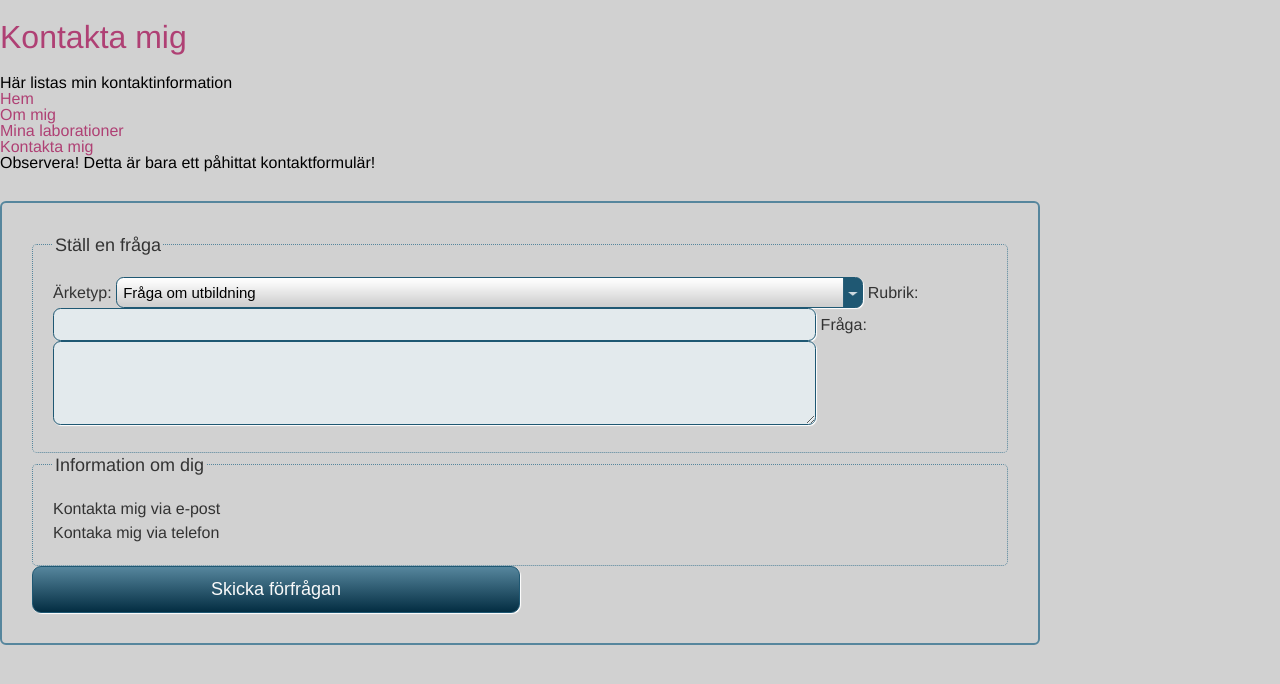
Repository: Holmewi/1ik415-jh222qr-laborationer
Page: pages/kontakt.html
The author's editor kept a record of every edit. The page is drawn from the files as they stood at one moment, then again after the next edit.
The browser window is 1280 px wide. The pictures show the whole page.

Above is the page before.

### pages/kontakt.html
<!DOCTYPE HTML>
<html lang="sv">
    <head>
        <meta charset="utf-8">
        <title>Kontakta mig - Här listas min kontaktinformation</title>
        <link rel="stylesheet" media="all" href="../css/style.css" />
    </head>
    <body>
        <container>
            <header>


            </header>
        <h1>Kontakta mig</h1>
        <p>Här listas min kontaktinformation</p>

        <div>
            <ul>
                <li><a href="../index.html">Hem</a></li>
                <li><a href="presentation.html">Om mig</a></li>
                <li><a href="laborationer.html">Mina laborationer</a></li>
                <li><a href="kontakt.html">Kontakta mig</a></li>
            </ul>
        </div>

        <p>Observera! Detta är bara ett påhittat kontaktformulär!</p>

        <a id="kontaktform"></a>
        <form id="input" action="http://voyager.lnu.se/tekinet/kurser/dtt/wp_webbintro/form.php" method="post">
            <fieldset>
                <legend>Ställ en fråga</legend>

                Ärketyp:
                <select>
                    <option value="utbildning">Fråga om utbildning</option>
                    <option value="kurs">Fråga om kurs</option>
                    <option value="hyra">Fråga om anställning</option>
                    <option value="webbplatsen">Fråga om webbplatsen</option>
                    <option value="privat">Ställ en privat fråga</option>
                </select>

                Rubrik:<input type="text" id="header"/>

                Fråga:<textarea id="question" rows="4" cols="39"></textarea>
            </fieldset>
            <fieldset>
                <legend>Information om dig</legend>
                <input type="checkbox" id="e-post"/>Kontakta mig via e-post<br>
                <input type="checkbox" id="telefon"/>Kontaka mig via telefon<br>
            </fieldset>
            <input type="Submit" value="Skicka förfrågan">
        </form>

        </container>
    </body>
</html>

### css/style.css
@charset "UTF-8";
/* CSS Document */
/* http://meyerweb.com/eric/tools/css/reset/
   v2.0 | 20110126
   License: none (public domain)
*/

/*
	Main #97235A (Pink)
		Light main #D06C9B #AF4074
		Dark main #7B0E42 #58002A
	Secondary #1F5873 (Blue)
		Light aside #e3eaed #346B85
		Dark aside #0F445D #032D42
	Filler #B59D2A (Mustard)
		Light header #F9E482 #D2BB4C
		Dark header #947D11 #695700
	Text links #7B0E42
	Dark text #1D1D1D
	Light text #FAFAFA
	Footer #2A2A2A
*/

html, body, div, span, applet, object, iframe,
/* h1, h2, h3, h4, h5, h6, */ p, blockquote, pre,
a, abbr, acronym, address, big, cite, code,
del, dfn, em, img, ins, kbd, q, s, samp,
small, strike, strong, sub, sup, tt, var,
b, u, i, center,
dl, dt, dd, ol, ul, li,
/*fieldset, form, label, legend,*/
table, caption, tbody, tfoot, thead, tr, th, td,
article, aside, canvas, details, embed,
figure, figcaption, footer, header, hgroup,
menu, nav, output, ruby, section, summary,
time, mark, audio, video {
	margin: 0;
	padding: 0;
	border: 0;
	font-size: 100%;
	font-style: inherit;
    font-family: "Mundo Sans W01 Medium",Helvetica,sans-serif;
	vertical-align: baseline;
}
/* HTML5 display-role reset for older browsers */
article, aside, details, figcaption, figure,
footer, header, hgroup, main, menu, nav, section, container {
	display: block;
}

html {
    	overflow-y:scroll;     /* Fixar marginalen på sidor som inte har scroll */
}

body {
    background-color:#d1d1d1;
	line-height: 1;
}

    ul {
    	list-style: none;
    }

    blockquote, q {
    	quotes: none;
    }

    blockquote:before, blockquote:after,
    q:before, q:after {
    	content: '';
    	content: none;
    }

    table {
    	border-collapse: collapse;
    	border-spacing: 0;
    }



#wrapper {
	margin-left: auto;
	margin-right: auto;
    max-width: 1000px;
    height: 100%;
}

    header #top {
        width: 1000px;
    }

    header .asideheader {

    }

        #headerTop {
            width: 1000px;
            min-height: 10px;
        	background-color: #97235A;
        }

        #headerBottom {
            width: 1000px;
            min-height: 95px;
        	background-image:url(pics/header_bg.png);
        	background-color: #D06C9B;
        }

        #divTextlogo {
            margin: 30px 0px 0px 30px;
            float: left;
        	font-weight:100;
        	font-size:30px;
            color: #FAFAFA;
        }

/* HEADMENU */

    nav {
        width: 220px;
        min-height: 300px;
        padding-top: 30px;
        padding-bottom: 20px;
        margin: 30px 0px 25px 0px;
        float: left;
        background-color: #FFF;
    }

        #headmenu ul {
            margin: 0;
            padding: 0;
            list-style-type: none;
            font-size: 18px;
        }

        #headmenu ul li{float:left; width:100%;}

        #headmenu ul li a {
            display: block;
            background: #d9d9d9;
            /*width: 220px;*/
            text-decoration: none;
            padding: 15px 0px 15px 20px;
            margin: 1px 0px 0px 0px;
            border-left: 10px solid #97235A;
            color: #333333;

        }

            #headmenu ul li a:hover {
                border-left-color: #56869D;
                color: #56869D;
                background: #c4c4c4;
            }

            #headmenu ul li a:active {
                border-left-color: #1F5873;
                color: #1F5873;
                background: #c4c4c4;
            }

            #headmenu .active {
                border-left-color: #1F5873;
                color: #333333;
                background: #c4c4c4;
            }

            #headmenu a {
                background-image:url(pics/sprite.png);
            }

            #headmenu #homepage:hover {
                background-image:url(pics/sprite.png);
                background-repeat: no-repeat;
                background-position: 175px 12px;
            }


            #headmenu #homepage {
                background-image:url(pics/sprite.png);
                background-repeat: no-repeat;
                background-position: 175px -36px;
            }

            #headmenu #aboutpage:hover {
                background-image:url(pics/sprite.png);
                background-repeat: no-repeat;
                background-position: 175px -180px;
            }

            #headmenu #aboutpage {
                background-image:url(pics/sprite.png);
                background-repeat: no-repeat;
                background-position: 175px -228px;
            }

            #headmenu #labpage:hover {
                background-image:url(pics/sprite.png);
                background-repeat: no-repeat;
                background-position: 175px -84px;
            }

            #headmenu #labpage {
                background-image:url(pics/sprite.png);
                background-repeat: no-repeat;
                background-position: 175px -132px;
            }

            #headmenu #contactpage:hover {
                background-image:url(pics/sprite.png);
                background-repeat: no-repeat;
                background-position: 175px -276px;
            }

            #headmenu #contactpage {
                background-image:url(pics/sprite.png);
                background-repeat: no-repeat;
                background-position: 175px -324px;
            }

/* ASIDE */

    #sidefield {
        font-size: 14px;
        float: right;
        height: auto;
        max-width: 170px;
        width: 100%;
        padding: 30px;
        margin: 30px 0px 30px 0px;
        /* total width 730 */
        background-color: #FFF;
    }

    #sidefield p {
        padding-top: 5px;
    }

/* MAIN CONTENT */

    main {
        width: 670px;
        float: left;
        padding: 30px;
        margin: 30px 0px 30px 20px;
        /* total width 730 */
        background-color: #FFF;
    }

    #contenthome {
        width: 450px;
    }

        #mainheader {
            width: 100%;
            float: left;
            height: auto;
            margin: 0px 0px 20px 0px;
            border-style: double;
            border-color: #D9D9D9;
            border-width: 0px 0px 4px 0px;
        }

            #mainheader h4 {
                margin-top: -10px;
            }

                #home .blogg {
                    max-width: 470px;
                    clear: none;
                }

                .blogg {
                    float: left;
                    max-width: 100%;
                    height: 100%;
                	padding: 0px 0px 40px 0px;
                	margin: 0px 0px 40px 0px;
                    border-style: dotted;
                    border-color: #D9D9D9;
                    border-width: 0px 0px 1px 0px;
                    clear: both;
                }

                    #hcard-Joakim-Torbjorn-Holmevi {

                    }

                    .blogg p {
                	padding-bottom: 20px;
                    }

                    .bloggContent {
                        height: auto;
                    	padding-bottom: 20px;
                    }

                    .bloggInfo {
                        padding-top: 10px;
                        padding-bottom: 10px;
                        border-style: dotted;
                        border-color: #D9D9D9;
                        border-width: 1px 0px 0px 0px;
                        clear: both;
                    }

                    .bloggInfo p, .bloggInfo a {
                    	font-size: 12px;
                        display: inline;
                    }

                    .comments {
                        width: 90%;
                        float: left;
                        background-color: #F1F1F1;
                        padding: 0px 20px 0px 20px;
                        border-style: solid;
                        border-color: #D9D9D9;
                        border-width: 0px 0px 5px 0px;
                    }

                    .comment {
                        display: inline-block;
                        line-height: 2px;
                    	font-size: 12px;
                        width: 90%;
                    }

                    .commentlink {
                        display: inline-block;
                    	font-size: 12px;
                        width: 100%;
                    }



/* FOOTER */

    #bottom {
        max-width: 1000px;
        height: 173px;
        /* total width 1000 */
        /* total height 253 */
        background-color: #2A2A2A;
        border-style: solid;
        border-color: #97235A;
        border-width: 10px 0px 0px 0px;
        clear: both;
        background-image:url(pics/footer_bg.png);
    }

        #footerNav {
            padding-top: 30px;
            width: 440px;
            margin: auto;
        }



/* HEADERS, LISTS AND TEXT */

    h1 {
        font-size: 32px;
    	font-weight: 400;
    	color: #AF4074;
    }

    h2 {
        font-size: 24px;
    }

    h3 {
        font-size: 18px;
    }

    h4 {
        font-size: 14px;
    }

    .bloggContent H2 {
        padding-left: 30px;
        padding-bottom: 14px;
        background-image:url(pics/blogicon.png);
        background-repeat: no-repeat;
        background-size: 23px 23px;
    }

    .ingress {
    	font-weight: 800;
    	padding-bottom: 20px;
    }

/* IMAGES AND VIDEOS */

    .bloggVideo {
        max-width: 450px;
        padding: 7px 0px 0px 0px;
    }

    .logotyp {
        max-height: 80px;
        padding: 7px 0px 0px 20px;
    }

    .profilbild {
        padding: 0px 20px 10px 0px;
        float: left;
        max-width: 140px;
    }

    .bloggbild {
        max-width: 450px;
        padding: 0px 0px 20px 0px;
    }

    .bloggBild_right {
        max-width: 220px;
        padding: 0px 0px 10px 15px;
    }

    .bloggBild_left {
        max-width: 220px;
        padding: 0px 15px 10px 0px;
    }



/* GENERAL CLASSES */

    .borderRadius {
    	-webkit-border-radius: 6px;
    	-moz-border-radius: 6px;
    	border-radius: 6px;
    }



    .displayinline {
        display: inline;
    }

    .blogg table {
        width: 600px;
    }

    .blogg table, .blogg tr, .blogg th, .blogg td {
        padding: 5px;
    	border: solid 1px;
    	border-color: #455;
    }

    .labList dd, .labList ol {
    	margin-left: 35px;
    }

    .labList li, .labList dt, .labList dd, .labList p {
    	font-size: 16px;
    }

    .labList a, .labList dt, .labList dd, .labList ul {
    	font-size: 14px;
    }

    .labList dt, .labList dd, .labList li, .labList dt, .labList dd, .labList p {
    	padding-bottom: 5px;
    }

    .floatleft {
    	float: left;
    }

    .floatright {
    	float: right;
    }

    .clearboth {
    	clear: both;
    }

    .rightalign {
        text-align: right;
    }

/* LINKS */

    a:link {
        color:#AF4074;
        text-decoration:none;
    }
    a:visited {
        color:#AF4074;
        text-decoration:none;
    }
    a:hover {
        color:#56869D;
        text-decoration:underline;
    }
    a:active {
        color:#56869D;
        text-decoration:underline;
    }

    #bottom a:link { color:#FFF;  }
    #bottom a:visited { color:#FFF;  }
    #bottom a:hover { color:#FFF;  }
    #bottom a:active { color:#FFF;  }

    #bottom li {
    	font-size: 18px;
    	margin-right: 20px;
    	display:inline;
    }






/* FORM */
/*
Hittade lite nyttig hjälp på mozilla developer för att ändra utseendet på checkboxarna
Källa: https://developer.mozilla.org/en-US/docs/Web/Guide/HTML/Forms/Advanced_styling_for_HTML_forms
*/

    .form {

        height: auto;
    	margin: 0px;
    }

        form {
            float: left;
            line-height: 24px;
            color: #333333;
            border: 2px solid #56869D;
            border-radius: 6px;
            -webkit-border-radius: 6px;
            -moz-border-radius: 6px;
            margin: 30px 0px 0px 0px;
            padding: 30px;
            display: inline-block;
        }

            #observe {
                clear: both;
                padding-top: 20px;
                margin-top: 20px;
            }

            fieldset {
                border : 1px dotted #56869D;
                border-radius: 5px;
                margin : 0;
                padding: 20px;
            }

                #set_form p {
                    padding-top: 12px;
                }

                #contact_info {
                    margin-top: 20px;
                    margin-bottom: 30px;
                }

                legend {
                    font-size: 18px;
                }

                label {
                  cursor: pointer;
                }

                form p {
                  margin: 0;
                }

                form p+p {
                  margin: .5em 0 0;
                }

                input[type=text], input[type=submit], textarea, select {
                    -webkit-appearance: none;     /* Tar bort standardutseendet på elementen */
                }


                select {
                    border: 1px solid #1F5873;
                    padding: 6px;
                    font-size: 15px;
                    line-height: 17px;
                    width: 80%;
                    background: -webkit-gradient(linear, left top, left bottom, from(#fff), to(#ccc));
                    -webkit-appearance: none;
                    -webkit-box-shadow: 1px 1px 1px #fff;
                    -webkit-border-radius: 0.5em;
                }

                /* original check box are push outside the viexport */
                :root input[type=checkbox] {
                    position: absolute;
                    left: -1000em;
                }

                :root input[type=checkbox] + label:before {
                    content: "";
                    display: inline-block;
                    width  : 19px;
                    height : 19px;
                    margin : 0 .5em 0 0;
                    background: url("pics/checkbox_sprite2.png") no-repeat 0 0;

                    /* The following is used to adjust the position of
                    the check boxes on the text baseline */

                    vertical-align: bottom;
                    position: relative;
                    bottom: 2px;
                }

                :root input[type=checkbox]:checked + label:before {
                    background-position: 0 -19px;
                }

                :root input[type=checkbox]:disabled + label:before {
                    background-position: 0 -38px;
                }

                :root input[type=checkbox]:checked:disabled + label:before {
                    background-position: 0 -57px;
                }

                :root input[type=checkbox]:focus {
                    outline: 1px dotted black;
                }

                select {
                    background: url("pics/form_list_bg.png") no-repeat right;
                    background-size: auto 32px;
                }

                input[type=text], textarea {
                    border: 1px solid #1F5873;
                    padding: 7px;
                    font-size: 15px;
                    line-height: 17px;
                    width: 80%;
                    background-color: #e3eaed;
                    -webkit-appearance: none;
                    -webkit-box-shadow: 1px 1px 1px #fff;
                    -webkit-border-radius: 0.5em;
                 }

                input[type=submit] {
                    border: 1px solid #1F5873;
                    padding: 14px;
                    font-size: 18px;
                    line-height: 17px;
                    width: 50%;
                    color: #FAFAFA;
                    background: -webkit-gradient(linear, left top, left bottom, from(#56869D), to(#032D42));
                    -webkit-appearance: none;
                    -webkit-box-shadow: 1px 1px 1px #fff;
                    -webkit-border-radius: 0.5em;
                 }

After the next edit:
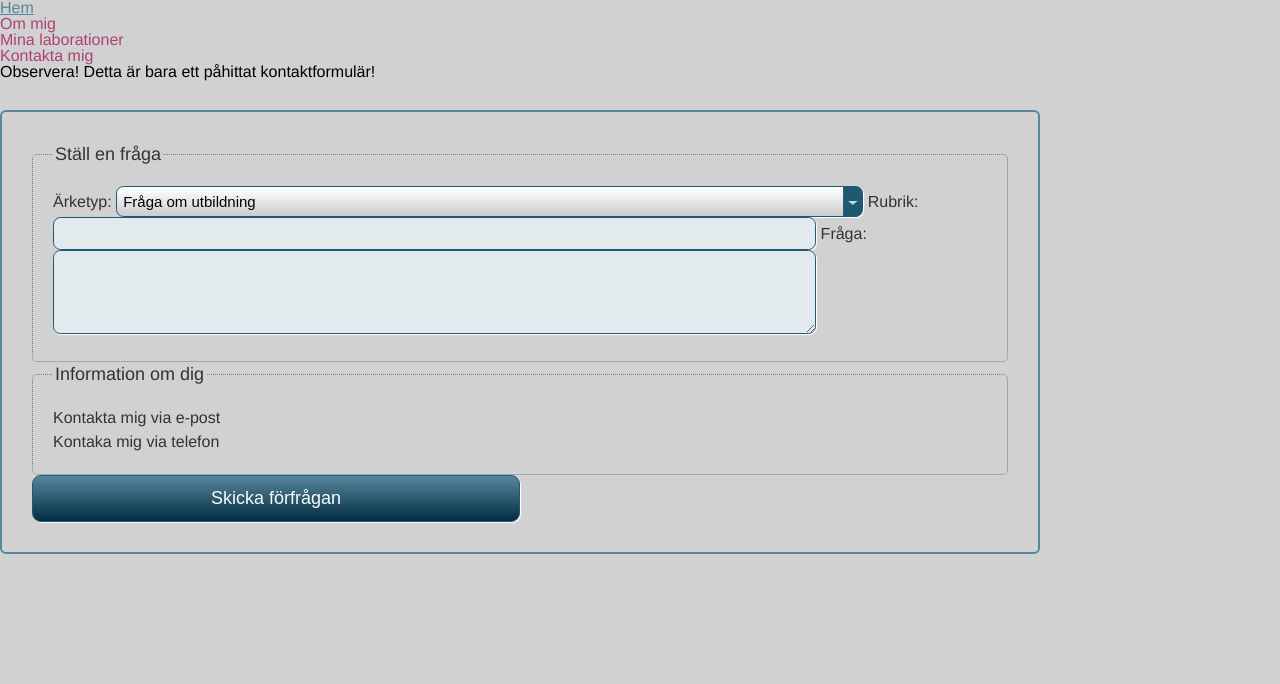
The edit:
--- a/pages/kontakt.html
+++ b/pages/kontakt.html
@@ -11,8 +11,7 @@
 
 
             </header>
-        <h1>Kontakta mig</h1>
-        <p>Här listas min kontaktinformation</p>
+
 
         <div>
             <ul>

After the edit that followed:
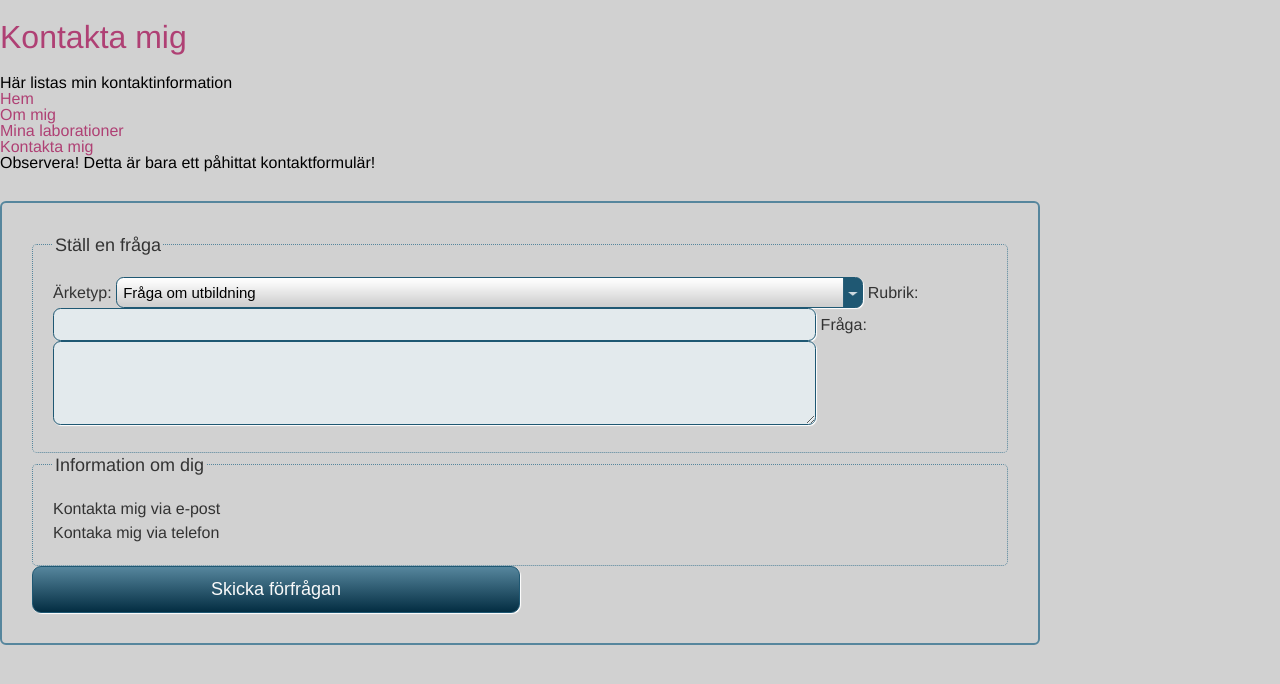
The edit:
--- a/pages/kontakt.html
+++ b/pages/kontakt.html
@@ -8,10 +8,11 @@
     <body>
         <container>
             <header>
-
-
+                <h1>Kontakta mig</h1>
+                <p>Här listas min kontaktinformation</p>
             </header>
 
+            <content>
 
         <div>
             <ul>
